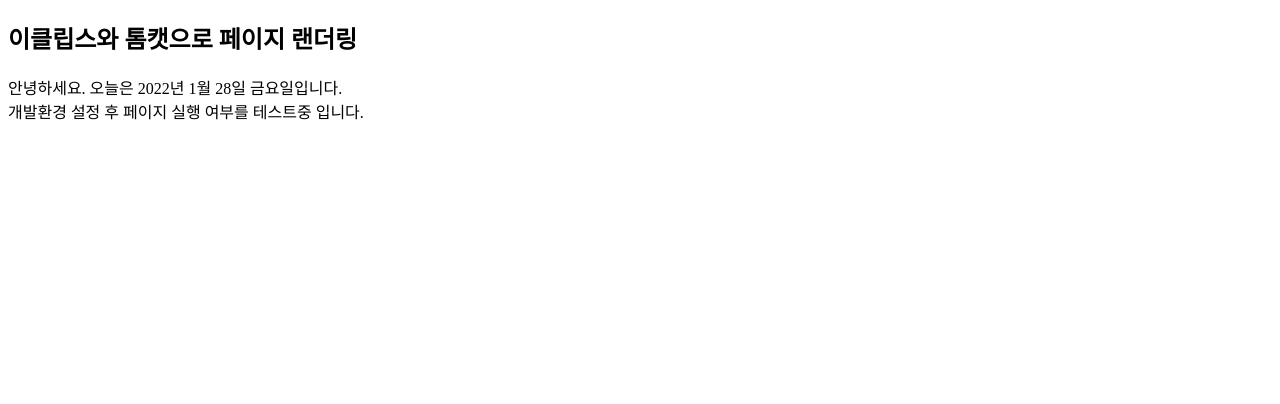
Repository: Yingjae/jsp_practice
Page: http://localhost/JSPBasic/Hello.jsp
An editor plug-in stored every save of this project. The page is shown before and after the next save, followed by the edit.
The browser window is 1280 px wide. The pictures show the whole page.
The page is served by Tomcat 9.

Above is the page before, as saved 2022-01-28 01:48:32.

### JSPBasic/src/main/webapp/Hello.jsp
<%@ page language="java" contentType="text/html; charset=UTF-8"
    pageEncoding="UTF-8"%>
<!DOCTYPE html>
<html>
<head>
<meta charset="UTF-8">
<title>JSP 1일차 공부</title>
</head>
<body>

	<h2>이클립스와 톰캣으로 페이지 랜더링</h2>
	<p>
		안녕하세요. 오늘은 2022년 1월 28일 금요일입니다.<br/>
		개발환경 설정 후 페이지 실행 여부를 테스트중 입니다.
	</p>

</body>
</html>

After the next save:
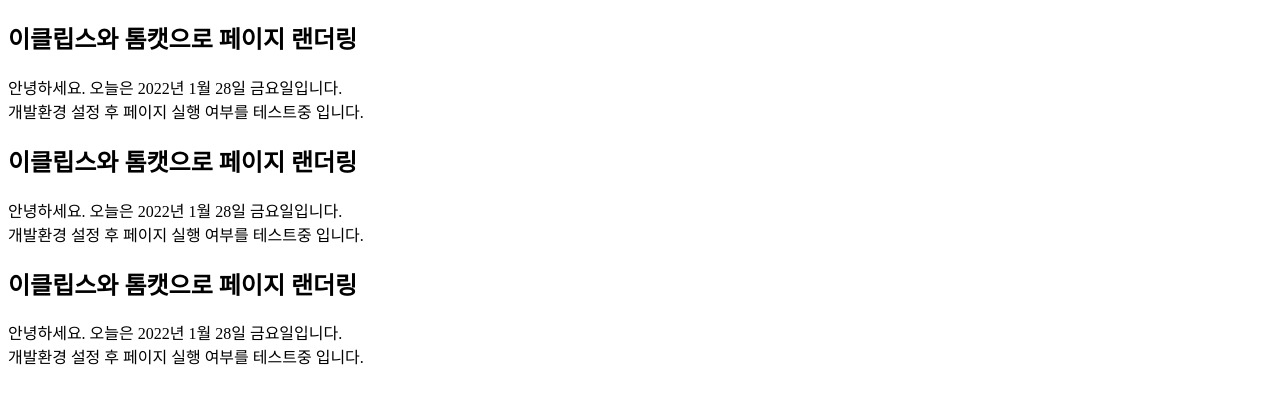
Saved 15 min 18 s later.
--- a/JSPBasic/src/main/webapp/Hello.jsp
+++ b/JSPBasic/src/main/webapp/Hello.jsp
@@ -13,6 +13,17 @@
 		안녕하세요. 오늘은 2022년 1월 28일 금요일입니다.<br/>
 		개발환경 설정 후 페이지 실행 여부를 테스트중 입니다.
 	</p>
+	<h2>이클립스와 톰캣으로 페이지 랜더링</h2>
+	<p>
+		안녕하세요. 오늘은 2022년 1월 28일 금요일입니다.<br/>
+		개발환경 설정 후 페이지 실행 여부를 테스트중 입니다.
+	</p>
+	<h2>이클립스와 톰캣으로 페이지 랜더링</h2>
+	<p>
+		안녕하세요. 오늘은 2022년 1월 28일 금요일입니다.<br/>
+		개발환경 설정 후 페이지 실행 여부를 테스트중 입니다.
+	</p>
+
 
 </body>
 </html>
